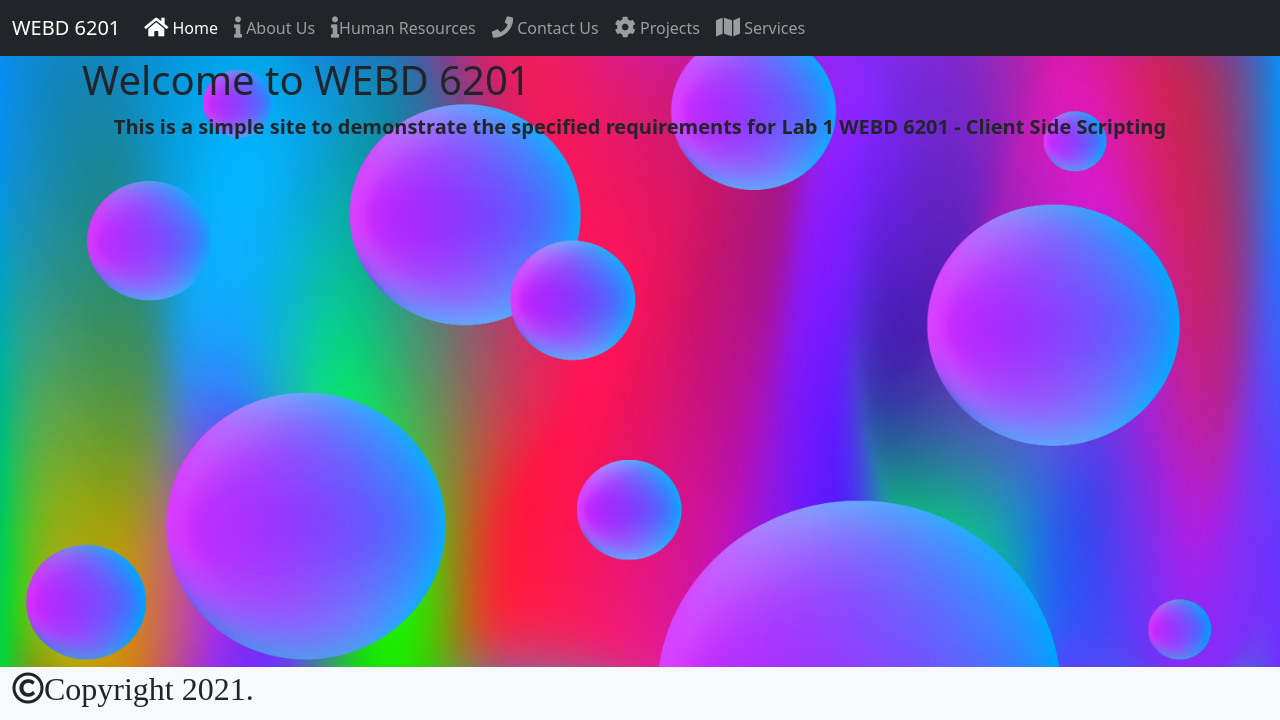
Repository: vans12345678/WEBD6201-W2021-Week3
Page: index.html
These files come from the project's save history. The page is drawn as it stood at one moment and after the next save; the edit follows.
The browser window is 1280 px wide. The pictures show the whole page.

Above is the page before, as saved 2021-01-28 19:34:45.
Console error: ReferenceError: mainContent is not defined

After the next save:
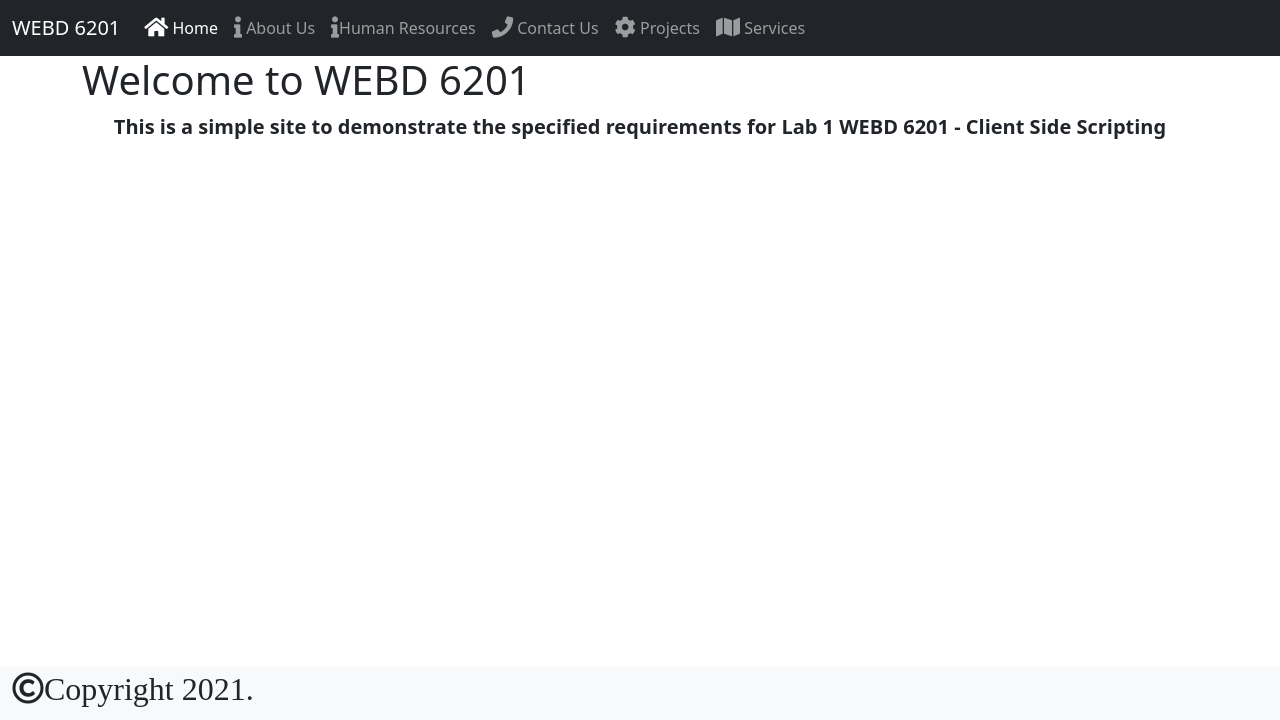
Saved 3 min 24 s later.
--- a/Content/app.css
+++ b/Content/app.css
@@ -1,5 +1,5 @@
 /* custom css goes here */
-body {
+body.Index {
     background-image: url('../images/vapor.jpg');
     background-repeat: no-repeat;
     background-attachment: fixed;

After the 2 saves that followed:
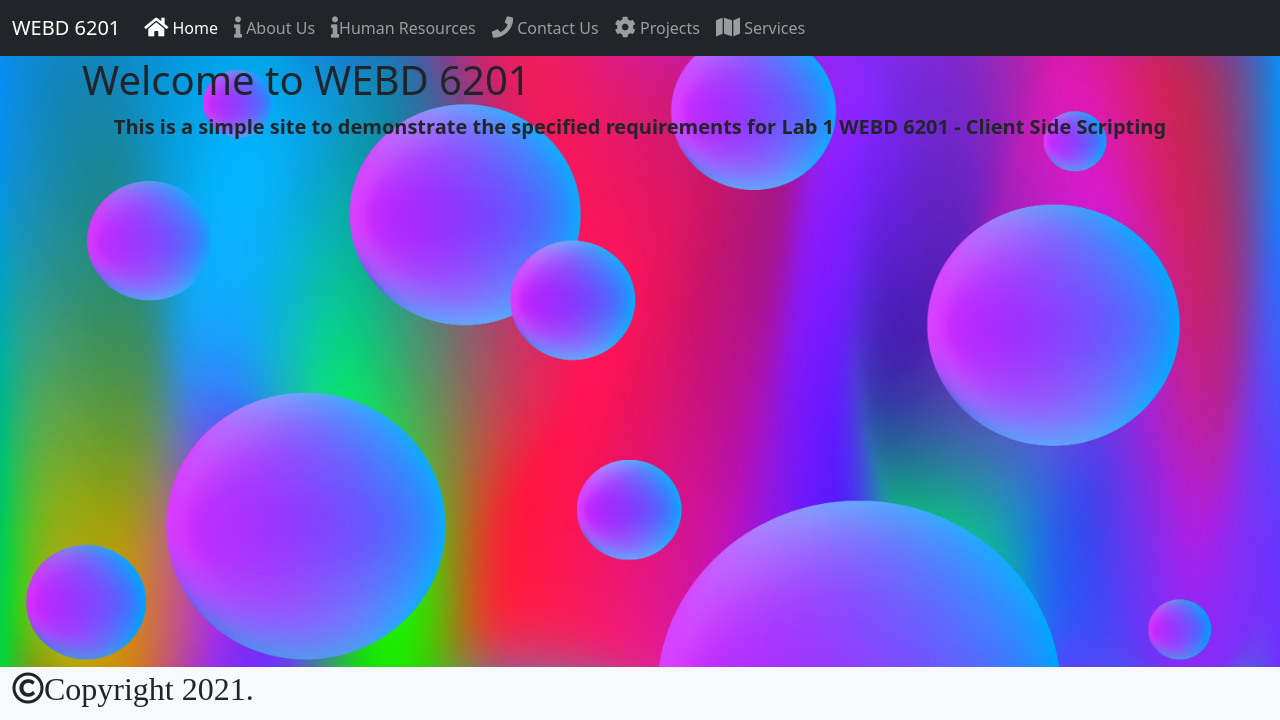
The 2 saves are shown as one change because 1 left the picture as it was.
The last was saved 13 s later.
--- a/index.html
+++ b/index.html
@@ -10,7 +10,7 @@
     <link rel="stylesheet" href="./node_modules/@fortawesome/fontawesome-free/css/all.min.css">
     <link rel="stylesheet" href="./Content/app.css">
 </head>
-<body >
+<body class = "Index">
 
   <!-- Main Header -->
     <header>
